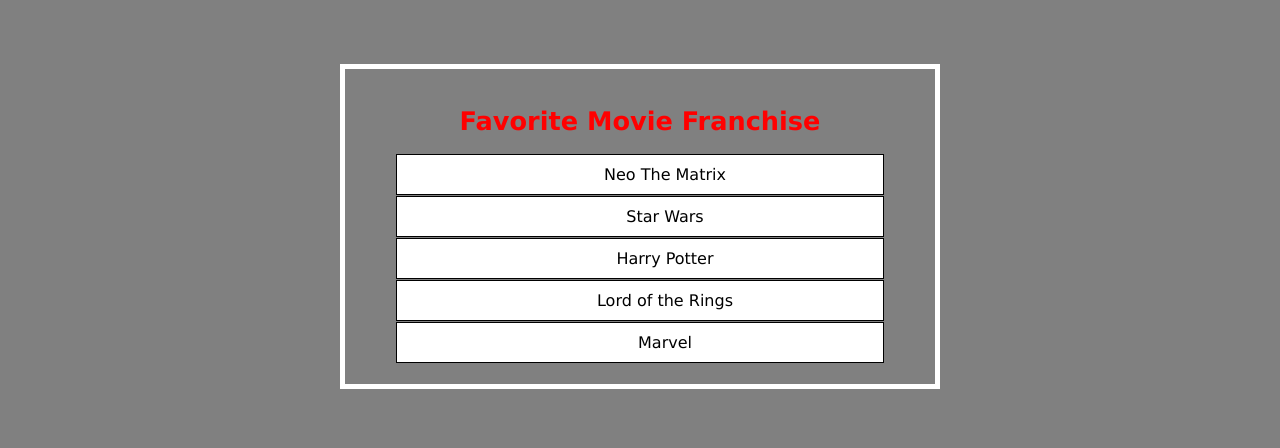
Repository: wakoya-tech/react-project
Page: Desktop/shaakala/jaal/index.html
These files come from the project's save history. The page is drawn as it stood at one moment and after the next save; the edit follows.
The browser window is 1280 px wide. The pictures show the whole page.

Above is the page before, as saved 2025-08-26 18:17:48.

### Desktop/shaakala/jaal/index.html
<!DOCTYPE html>
<html lang="en">
<head>
  <meta charset="UTF-8">
  <meta name="viewport" content="width=device-width, initial-scale=1.0">
  <title>Responsive Box Example</title>
  <style>
    * {
      box-sizing: border-box;
    }

    body {
      font-family: Verdana, Geneva, Tahoma, sans-serif;
      background: gray;
      margin: 0;
    }

    .container {
      display: flex;
      flex-direction: column;
      justify-content: center;
      align-items: center;
      border: 5px solid white;
      padding: 20px;
      margin: 5% auto;
      width: 80%;
      max-width: 600px;
    }

    ul {
      list-style: none;
      padding: 0;
      margin: 0;
    }

    #main-heading {
      font-size: clamp(18px, 2vw, 32px);
      color: white;
    }

    .list-items {
        display: block;
      font-size: clamp(16px, 1.5vw, 24px);
      border: 1px solid black;
      /*padding: 5px 200px;*/
      width: 100%;
      padding: 10px 150px 10px 200px ;
      background-color: white;
     text-align: center;
      margin: 1px 0;
      overflow: hidden;

    }
  </style>
</head>
<body>
  <div class="container">
    <h1 id="main-heading">Favorite Movie Franchise</h1>
    <ul>
      <li class="list-items">
        <span>Neo </span>The Matrix</li>
      <li class="list-items">Star Wars</li>
      <li class="list-items">Harry Potter</li>
      <li class="list-items">Lord of the Rings</li>
      <li class="list-items">Marvel</li>
    </ul>
  </div>
  <script src="../jaal/script.js"></script>
</body>
</html>

### Desktop/shaakala/jaal/script.js
const title = document.querySelector('#main-heading');
title.style.color = 'red';
console.log(title);
const listitems = document.querySelectorAll('.list-items');
for(i=0; i < listitems.length; i++)
{
  listitems[i].style.fontSize = '1rem';
}

console.log(listitems);

After the next save:
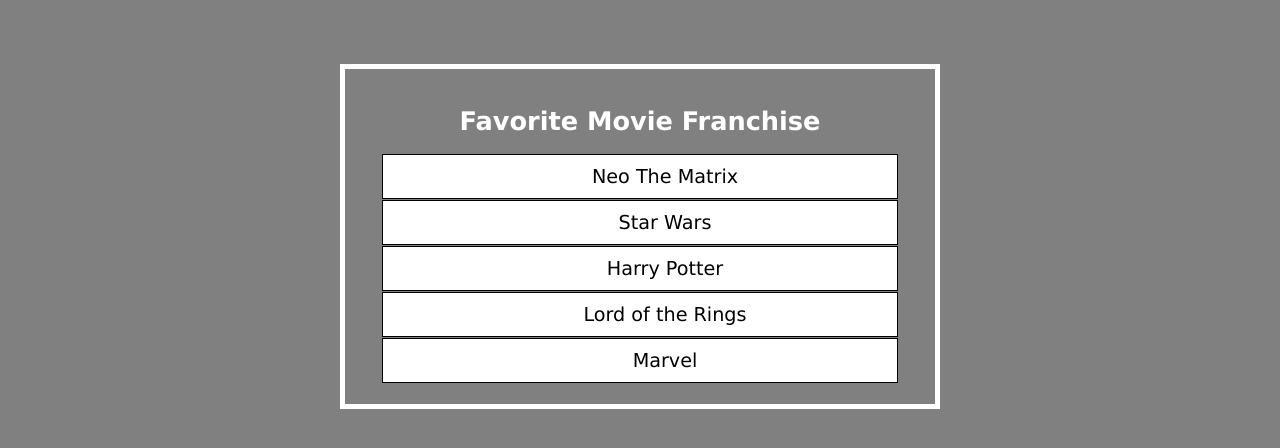
Saved 3 min 45 s later.
--- a/Desktop/shaakala/jaal/script.js
+++ b/Desktop/shaakala/jaal/script.js
@@ -1,4 +1,4 @@
-const title = document.querySelector('#main-heading');
+/*const title = document.querySelector('#main-heading');
 title.style.color = 'red';
 console.log(title);
 const listitems = document.querySelectorAll('.list-items');
@@ -7,4 +7,7 @@
   listitems[i].style.fontSize = '1rem';
 }
 
-console.log(listitems);
+console.log(listitems);*/
+const ul = document.querySelector('ul');
+const li= document.createElement('li');
+ul.append(li)
